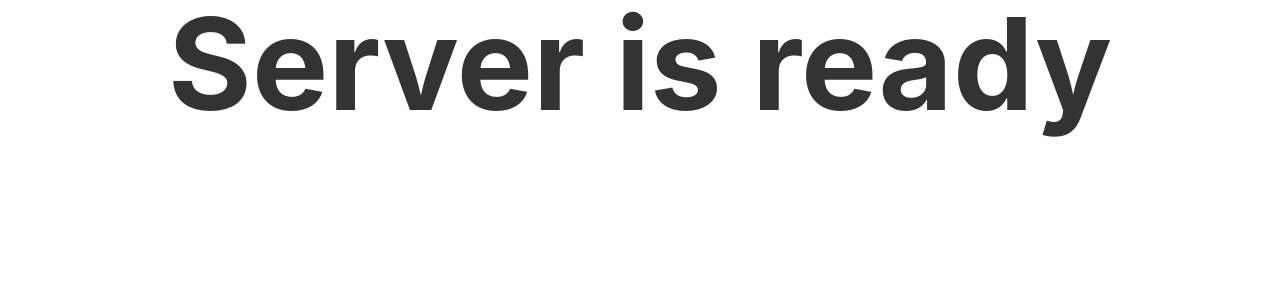
Repository: Devloper-solaiman/University-Of-Dhaka
Page: /
The author's editor kept a copy of each file at every save. The page is drawn from the files as they stood at one save, then again after the next save.
The browser window is 1280 px wide. The pictures show the whole page.
The project was rebuilt for these pictures with package versions that can differ from the ones it lists, and the page was loaded fresh each time.

Above is the page before, as saved 2023-02-14 09:41:55.

After the next save:
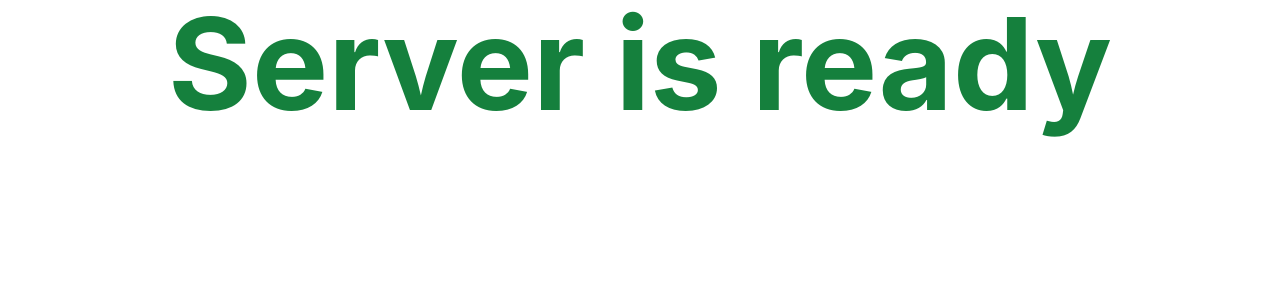
Saved 52 s later.
--- a/src/App.js
+++ b/src/App.js
@@ -4,7 +4,7 @@ import './App.css';
 function App() {
   return (
     <div className="App">
-      <h1 className='text-9xl font-bold'>Server is ready</h1>
+      <h1 className='text-9xl text-green-700 font-bold'>Server is ready</h1>
     </div>
   );
 }
